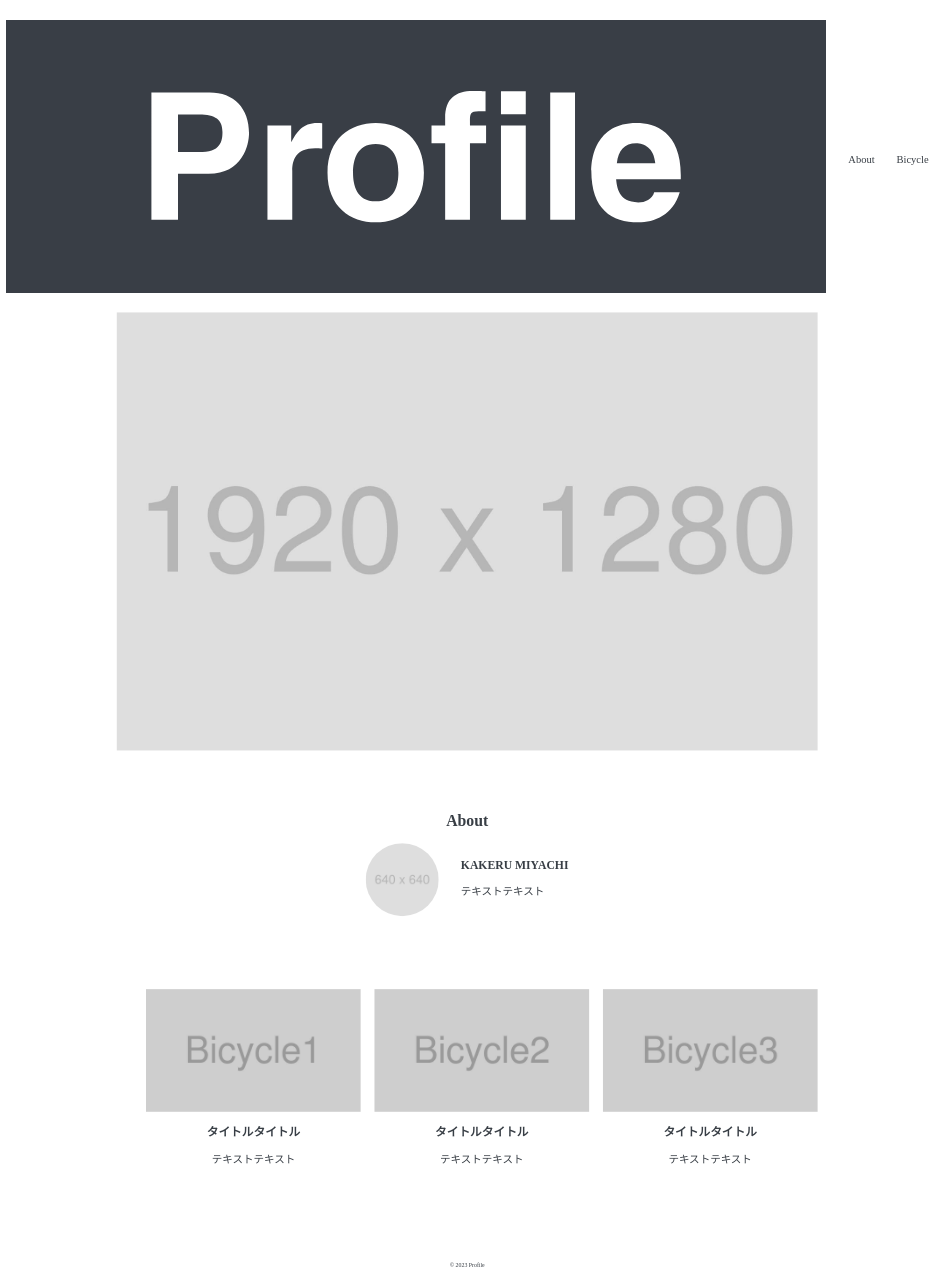
Repository: Fuki-san/bicycle
Page: http://localhost/profile
The author's editor kept a copy of each file at every save. The page is drawn from the files as they stood at one save, then again after the next save.
The browser window is 1280 px wide. The pictures show the whole page, at 73% of full size.
The page is served by the project's Laravel application, run on PHP 8.4 with Laravel 10. Other server files are loaded and not shown.

Above is the page before, as saved 2023-11-18 14:35:35.

### routes/web.php
<?php

use Illuminate\Support\Facades\Route;

/*
|--------------------------------------------------------------------------
| Web Routes
|--------------------------------------------------------------------------
|
| Here is where you can register web routes for your application. These
| routes are loaded by the RouteServiceProvider and all of them will
| be assigned to the "web" middleware group. Make something great!
|
*/

Route::get('profile', function() {
    return view('bicycle');
})->name('profile');

### resources/views/bicycle.blade.php
@extends('layouts.main')

@section('title', 'bicycle')

@section('content')
    <header id="header">
        <h1 id="site-title"><a href="{{ route('profile') }}"><img src="img/logo.svg"></a></h1>
        <nav>
            <ul>
                <li><a href="#about">About</a></li>
                <li><a href="#bicycle">Bicycle</a></li>
            </ul>
        </nav>
    </header>

    <main>
        <div id="mainvisual" class="wrapper">
            <img src="img/mainvisual.jpg">
        </div>

        <section id="about" class="wrapper">
            <h2 id="about">About</h2>
            <div class="content">
                <img src="img/about.jpg">
                <div class="text">
                    <h3 class="content-title">KAKERU MIYACHI</h3>
                    <p>テキストテキスト</p>
                </div>
            </div>
        </section>

        <section id="bicycle" class="wrapper">
            <ul>
                <li><img src="img/bicycle1.jpg"><h3 class="content-title">タイトルタイトル</h3><p>テキストテキスト</p></li>
                <li><img src="img/bicycle2.jpg"><h3 class="content-title">タイトルタイトル</h3><p>テキストテキスト</p></li>
                <li><img src="img/bicycle3.jpg"><h3 class="content-title">タイトルタイトル</h3><p>テキストテキスト</p></li>
            </ul>
        </section>

    </main>

    <footer id="footer">
        <p>&copy; 2023 Profile</p>
    </footer>

@endsection

### resources/views/layouts/main.blade.php
<!DOCTYPE html>
<html lang="ja">
<head>
    <meta charset="UTF-8">
    <meta name="viewport" content="width=device-width, initial-scale=1.0">
    <meta http-equiv="X-UA-Compatible" content="ie=edge">
    <link rel="stylesheet" href="{{ asset('css/reset.css') }}">
    <link rel="stylesheet" href="{{ asset('css/style.css') }}">
    <link rel="icon" href="img/favicon.ico">
    <title>@yield('title')</title>
</head>
<body>
    @yield('content')
</body>
</html>

### public/css/style.css
@charset "UTF-8";

html{
    font-size: 100%;
}

body{
    font-size: 0.9rem;
    color: #383e45;
}

img{
    max-width: 100%;
}

li{
    list-style: none;
}

a{
    text-decoration: none;
}

.site-title{
    width: 120px;
    line-height: 1px;
    padding: 10px 0;
}

.site-title a{
    display: block;
}

.section-title{
    display: inline-block;
    font-size: 2rem;
    border-bottom: solid 1px #383e45;
    margin-bottom: 60px;
    text-align: center;
}

.content-title{
    font-size: 1rem;
    margin: 10px 0;
}

.wrapper{
    margin: 0 auto 100px auto;
    padding: 0 4%;
    text-align: center;
    max-width: 960px;
}

/* header */

#header{
    margin: 0 auto;
    display: flex;
    align-items: center;
    justify-content: space-between;
}

#header ul{
    display: flex;
    padding: 10px 0;
}

#header li{
    margin-left: 30px;
}
#header li a{
    color:#383e45;
}

#header li a:hover{
    opacity: 0.7;
}

#mainvisual{
    margin-bottom: 80px;
}

#mainvisual img{
    width: 100%;
    max-width: 1920px;
    height: 600px;
    object-fit: cover;
}

#about .content{
    display: flex;
    justify-content: center;
    align-items: center;
}

#about img{
    width: 100px;
    height: 100px;
    border-radius: 50%;
    margin-right: 30px;
}

#about .text{
    text-align: left;
}

/* about */

#bicycle ul{
    display: flex;
    justify-content: space-between;
}

#bicycle li{
    width: 32%;
}

#footer{
    font-size: 0.5rem;
    text-align: center;
    padding: 10px 0;
}

@media screen and (max-width: 600px) {
    #mainvisual img{
        height: calc(100vh - 60px);
    }

    #about .content{
        flex-direction: column;
    }

    #about img{
        margin-right: 0;
    }

    #bicycle ul{
        flex-direction: column;
    }

    #bicycle li{
        width: 100%;
        margin-bottom: 30px;
    }
}

### public/img/logo.svg
<?xml version="1.0" encoding="utf-8"?>
<!-- Generator: Adobe Illustrator 15.1.0, SVG Export Plug-In . SVG Version: 6.00 Build 0)  -->
<!DOCTYPE svg PUBLIC "-//W3C//DTD SVG 1.1//EN" "http://www.w3.org/Graphics/SVG/1.1/DTD/svg11.dtd">
<svg version="1.1" id="レイヤー_1" xmlns="http://www.w3.org/2000/svg" xmlns:xlink="http://www.w3.org/1999/xlink" x="0px"
	 y="0px" width="1500px" height="500px" viewBox="0 0 1500 500" enable-background="new 0 0 1500 500" xml:space="preserve">
<g>
	<rect x="0" fill="#393E46" width="1500" height="500"/>
</g>
<g>
	<path fill="#FFFFFF" d="M314.698,365.466h-48.583v-232.55h106.235c45.02,0,72.227,28.825,72.227,74.493
		c0,21.052-11.66,74.169-74.171,74.169h-55.708V365.466z M359.719,241.417c36.275,0,36.275-25.911,36.275-36.275
		c0-22.672-12.632-32.064-42.754-32.064h-38.542v68.34H359.719z"/>
	<path fill="#FFFFFF" d="M478.26,193.158h43.4v29.799h0.646c9.395-17.49,19.758-34.333,47.288-34.333
		c2.915,0,5.83,0.323,8.745,0.647v45.992c-3.887-0.648-8.745-0.648-12.956-0.648c-35.303,0-41.78,22.024-41.78,41.133v89.718H478.26
		V193.158z"/>
	<path fill="#FFFFFF" d="M676.155,370c-46.315,0-88.097-28.501-88.097-90.688c0-62.186,41.781-90.688,88.097-90.688
		c46.316,0,88.097,28.503,88.097,90.688C764.252,341.499,722.472,370,676.155,370z M676.155,226.843
		c-34.979,0-41.457,30.445-41.457,52.47c0,22.023,6.478,52.469,41.457,52.469s41.458-30.445,41.458-52.469
		C717.613,257.288,711.135,226.843,676.155,226.843z"/>
	<path fill="#FFFFFF" d="M848.461,365.466h-45.344V225.547h-24.939v-32.389h24.939v-13.927c0-35.628,19.434-49.231,50.527-49.231
		c13.278,0,19.432,0.323,23.318,0.648v36.599h-12.631c-15.547,0-15.871,4.858-15.871,19.109v6.802h29.474v32.389h-29.474V365.466z"
		/>
	<path fill="#FFFFFF" d="M950.484,172.754H905.14v-42.105h45.345V172.754z M950.484,193.158v172.308H905.14V193.158H950.484z"/>
	<path fill="#FFFFFF" d="M1040.524,365.466h-45.344v-232.55h45.344V365.466z"/>
	<path fill="#FFFFFF" d="M1231.94,314.939c-11.982,41.457-46.314,55.061-75.788,55.061c-48.584,0-85.83-23.319-85.83-94.252
		c0-20.728,7.125-87.124,82.592-87.124c34.008,0,80.971,16.194,80.971,94.898v8.097h-118.219
		c1.296,12.956,3.887,42.105,40.486,42.105c12.631,0,25.586-6.479,29.148-18.785H1231.94z M1187.245,262.146
		c-2.591-27.855-20.404-36.275-34.979-36.275c-21.377,0-32.713,13.604-35.304,36.275H1187.245z"/>
</g>
</svg>

After the next save:
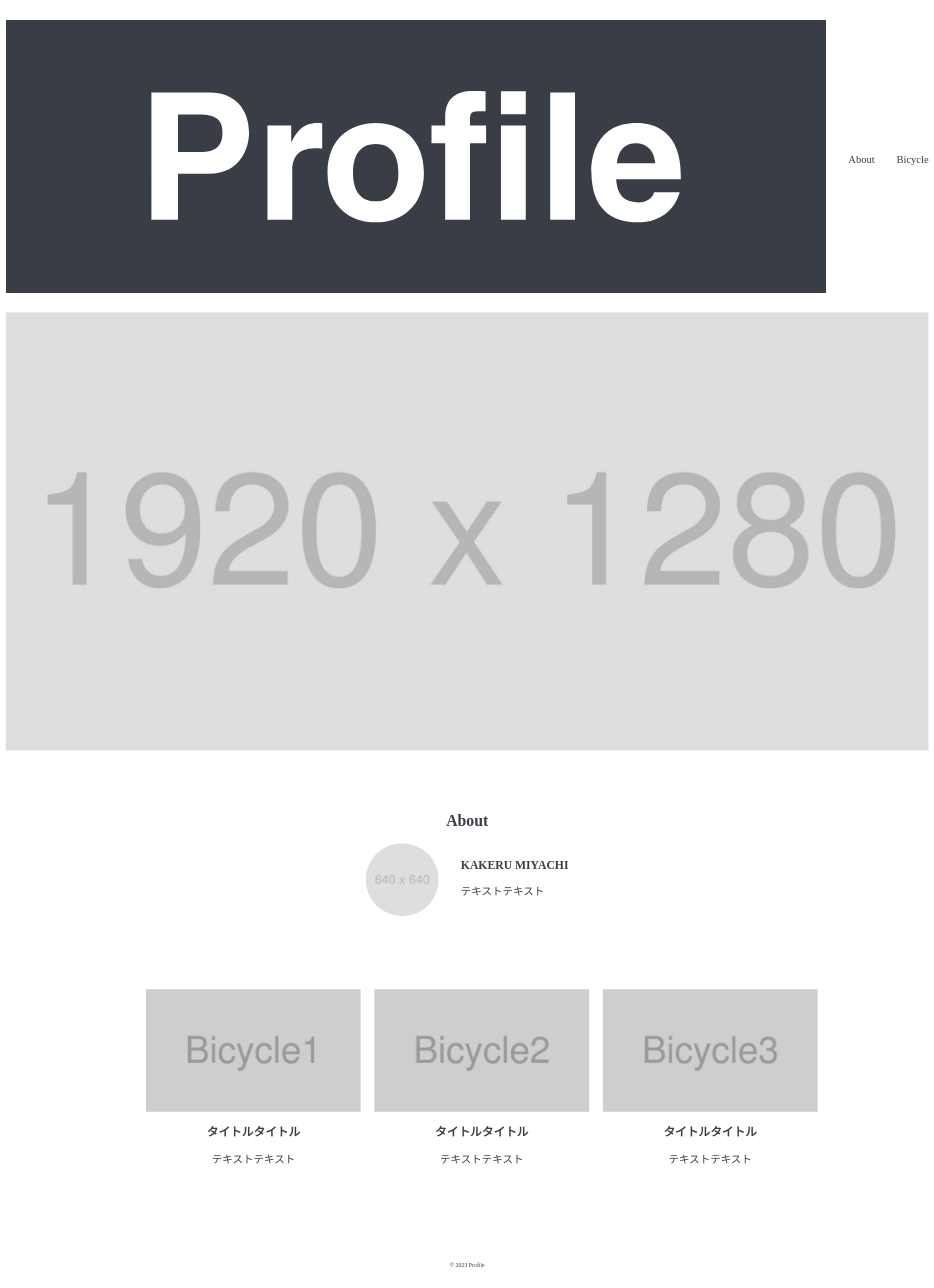
Saved 36 s later.
--- a/resources/views/bicycle.blade.php
+++ b/resources/views/bicycle.blade.php
@@ -14,7 +14,7 @@
     </header>
 
     <main>
-        <div id="mainvisual" class="wrapper">
+        <div id="mainvisual">
             <img src="img/mainvisual.jpg">
         </div>
 
